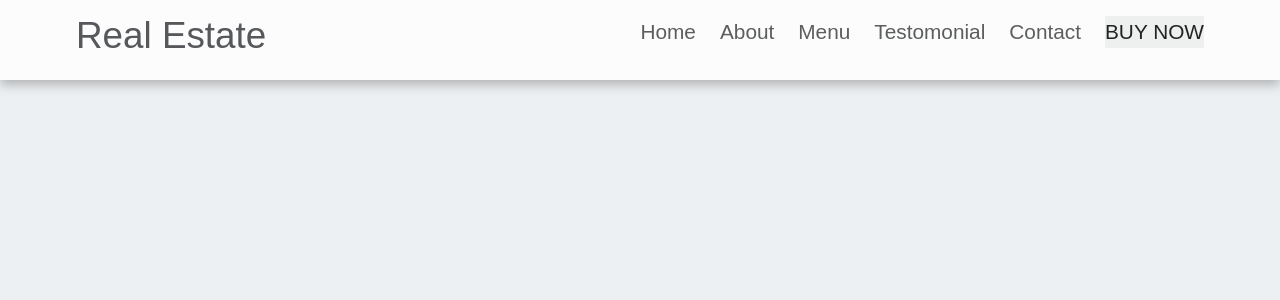
Repository: Sanjayjangra88/PortFolio
Page: /
The author's editor kept a copy of each file at every save. The page is drawn from the files as they stood at one save, then again after the next save.
The browser window is 1280 px wide. The pictures show the whole page.
The pointer rests on the first visible `.home-btn`.
Some web libraries are served in a nearby version. The project was rebuilt for these pictures with package versions that can differ from the ones it lists, and the page was loaded fresh each time. Imported but missing from the stored project, and not drawn on this page: src/Components/Header/Navbar.

Above is the page before, as saved 2022-09-10 16:44:22.

After the next save:
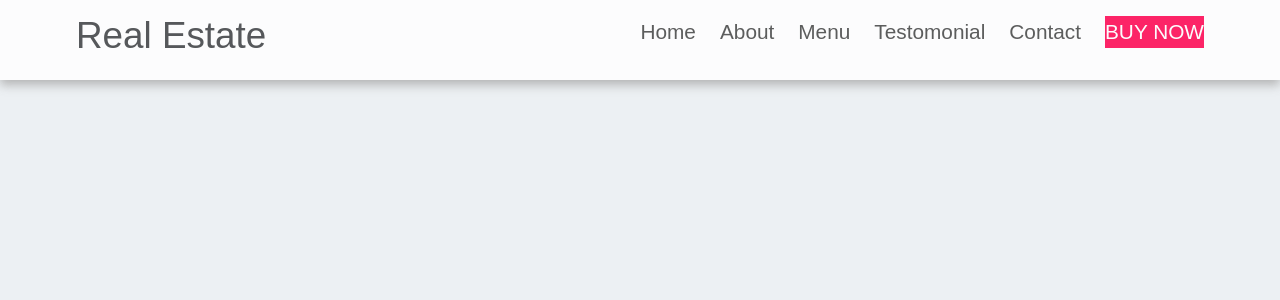
Saved 3 min 23 s later.
--- a/src/Components/Header/header.css
+++ b/src/Components/Header/header.css
@@ -174,6 +174,10 @@ header ul li a:hover {
 
 .navbar a:hover{
     color: #117964;
+}
+.home-btn:hover {
+  background: #ff014f;
+  color: white;
 }
 
 @media (max-width: 768px){
